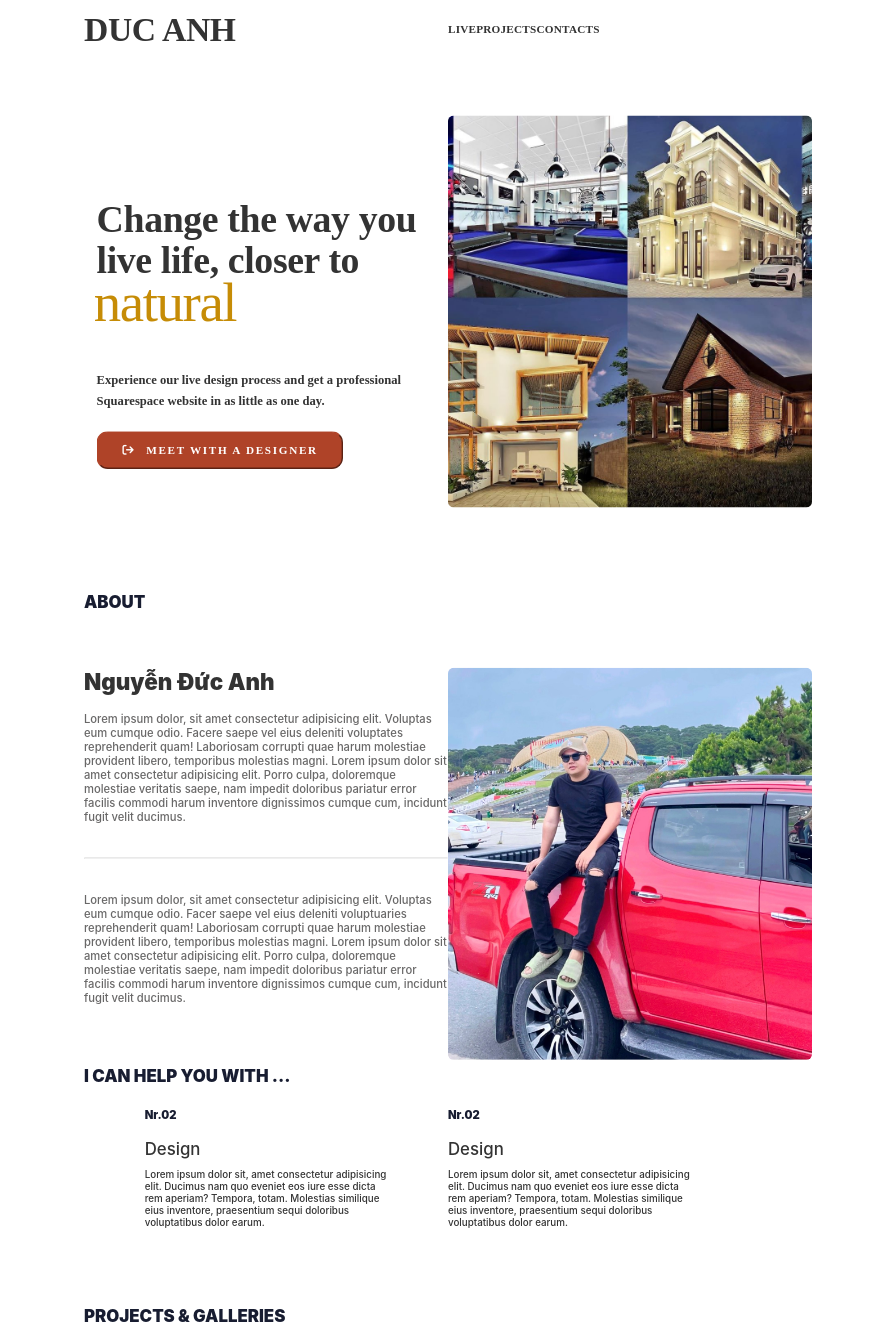
Repository: Ethanxcode/DucAnhNguyen
Page: index.html
These files come from the project's save history. The page is drawn as it stood at one moment and after the next save; the edit follows.
The browser window is 1280 px wide. The pictures show the part of the page from y = 0 to 1920 px (the page is 4972 px tall), at 70% of full size.

Above is the page before, as saved 2023-02-08 02:16:15.

### index.html
<!DOCTYPE html>
<html lang="en">

<head>
	<meta charset="UTF-8" />
	<meta http-equiv="X-UA-Compatible" content="IE=edge" />
	<meta name="viewport" content="width=device-width, initial-scale=1.0" />
	<link rel="stylesheet" href="./style.css" />
	<link rel="stylesheet" href="https://cdnjs.cloudflare.com/ajax/libs/font-awesome/6.2.1/css/all.min.css" />
	<!-- <link rel="stylesheet" type="text/css" href="/css/fonts.css" /> -->
	<link rel="stylesheet" href="./Assets/font/sofia-pro-cufonfonts-webfont/style.css">
	<title>DucAnhNguyen</title>
</head>

<body>
	<div id="root">

			<header class=" container  content-above col-12">
				<ul class="headerMenu">

						<a href="">
							<h2 class="textLogo">Duc Anh</h2>
						</a>

					<li>
								<ul class="subHeaderMenu">

									<li>
										<a href="#" class="inter-black-iron-16px">Live</a>
									</li>
									<li>
										<a href="#" class="inter-black-iron-16px">Projects</a>
									</li>
									<li>
										<a href="#" class="inter-black-iron-16px">Contacts</a>
									</li>
								</ul>
					</li>
					<li><button id="burgerMenu" ><i class="fa-solid fa-bars "></i></button></li>
				</ul>
			</header>
		<section class="container header">
			<section class="row">
				<div class="col-6" style="float: left; padding: 0 18px;">
					<h1 class="heroTitle">
					Change the way you live life, closer to <strong>natural</strong>
				</h1>
				<h3 style="white-space: pre-wrap">Experience our live design process and get a professional Squarespace website in as little as one day.
				</h3>
				<button class="btn inter-black-almod-16px">
					<i class="icon-margin-8px fa-solid fa-arrow-right-from-bracket"></i>
					Meet with a designer
				</button>
				</div>
				<!-- <p class="childrenSubNav">Modular, sustainable, premium.</p> -->
				<!-- <div class="col-6">
					<img src="./Assets/241194850_2108411145980762_7904081432669109629_n.jpg" class="bg-image-holder"></img>
				</div> -->
				<div class="col-6 col-s-12 ">
					<img src="./Assets/241194850_2108411145980762_7904081432669109629_n.jpg" alt="" style="
								height: 560px;
								width: 100%;
								object-fit: cover;
								border-radius: 8px;
								float: right;
							" />
				</div>
			</section>


		</section>

		<section class="AboutSection container">
			<header class="HeaderSection">
				<div class="HeaderSectionMenu col-12">

						<h4 class="inter-black-eerie-black-24px">About</h4>


				</div>
			</header>
			<div class="row Aboutcontent">
				<div class="col-6 col-s-12">
					<h1 class="nameTitle">Nguyễn Đức Anh</h1>
					<p class="margin-top-24px inter-medium-tundora-16px">
						Lorem ipsum dolor, sit amet consectetur adipisicing elit. Voluptas
						eum cumque odio. Facere saepe vel eius deleniti voluptates
						reprehenderit quam! Laboriosam corrupti quae harum molestiae
						provident libero, temporibus molestias magni. Lorem ipsum dolor
						sit amet consectetur adipisicing elit. Porro culpa, doloremque
						molestiae veritatis saepe, nam impedit doloribus pariatur error
						facilis commodi harum inventore dignissimos cumque cum, incidunt
						fugit velit ducimus.
					</p>
					<hr>
					<p class="inter-medium-tundora-16px">
						Lorem ipsum dolor, sit amet consectetur adipisicing elit. Voluptas
						eum cumque odio. Facer saepe vel eius deleniti voluptuaries
						reprehenderit quam! Laboriosam corrupti quae harum molestiae
						provident libero, temporibus molestias magni. Lorem ipsum dolor
						sit amet consectetur adipisicing elit. Porro culpa, doloremque
						molestiae veritatis saepe, nam impedit doloribus pariatur error
						facilis commodi harum inventore dignissimos cumque cum, incidunt
						fugit velit ducimus.
					</p>

				</div>
				<div class="col-6 col-s-12 ">
					<img src="./Assets/P1.jpg" alt="" style="
								height: 560px;
								width: 100%;
								object-fit: cover;
								border-radius: 8px;
								float: right;
							" />
				</div>
			</div>
			<div class="row">
				<p class="inter-black-eerie-black-24px ">
					I CAN HELP YOU WITH ...
				</p>
			</div>
			<div class="margin-top-24px subAboutContent row">

				<div class="col-4 col-s-12">
					<h4 class="inter-black-eerie-black-16px">Nr.02</h4>
					<h3 class="inter-medium-black-24px">Design</h3>
					<p class="inter-medium-black-14px">
						Lorem ipsum dolor sit, amet consectetur adipisicing elit. Ducimus
						nam quo eveniet eos iure esse dicta rem aperiam? Tempora, totam.
						Molestias similique eius inventore, praesentium sequi doloribus
						voluptatibus dolor earum.
					</p>
				</div>
				<div class="col-4 col-s-12">
					<h4 class="inter-black-eerie-black-16px">Nr.02</h4>
					<h3 class="inter-medium-black-24px">Design</h3>
					<p class="inter-medium-black-14px">
						Lorem ipsum dolor sit, amet consectetur adipisicing elit. Ducimus
						nam quo eveniet eos iure esse dicta rem aperiam? Tempora, totam.
						Molestias similique eius inventore, praesentium sequi doloribus
						voluptatibus dolor earum.
					</p>
				</div>
			</div>
		</section>

		<section class="slideSection container">
			<header class="HeaderSection">
				<div class="HeaderSectionMenu col-12 ">
					<h4 class="inter-black-eerie-black-24px">Projects & Galleries</h4>
			</div>
			</header>
			<div class="slideshow-container col-12 col-s-12">
				<!-- Full-width images with number and caption text -->
				<div class="mySlides fade">
					<!-- <div class="numbertext">1 / 4</div> -->
					<img src="Assets/311601869_1307089786709169_3065254316628902188_n.jpg" style="width: 100%" />
					<!-- <div class="text">Caption Text</div> -->
				</divdiv/div
				<div class="mySlides fade">
					<!-- <div class="numbertext">2 / 4</div> -->
					<img src="Assets/91572249_1631208343701047_2964735174748667904_n.jpg" style="width: 100%" />
					<!-- <div class="text">Caption Two</div> -->
				</div>

				<div class="mySlides fade">
					<!-- <div class="numbertext">3 / 4</div> -->
					<img src="Assets/241194850_2108411145980762_7904081432669109629_n.jpg" style="width: 100%" />
					<!-- <div class="text">Caption Three</div> -->
				</div>
				<div class="mySlides fade">
					<!-- <div class="numbertext">4 / 4</div> -->
					<img src="Assets/159825492_1943519125803299_9126036899379787784_n.jpg" style="width: 100%" />
					<!-- <div class="text">Caption four</div> -->
				</div>

				<!-- Next and previous buttons -->
				<a class="prev" onclick="plusSlides(-1)">&#10094;</a>
				<a class="next" onclick="plusSlides(1)">&#10095;</a>
				<div style="
							align-items: center;
							display: flex;
							/* width: 90%; */
							border-radius: 4px;
							margin: 24px 64px 0 64px;
							max-height: 4px;
							background-color: var(--pablo);
						">
					<span class="dot" onclick="currentSlide(1)"></span>
					<span class="dot" onclick="currentSlide(2)"></span>
					<span class="dot" onclick="currentSlide(3)"></span>
					<span class="dot" onclick="currentSlide(4)"></span>
				</div>
			</div>
		</section>

		<section class="gallerySection container">
			<!-- <header class="HeaderSection">
				<div class="HeaderSectionMenu col-12">

						<h4 class="inter-black-eerie-black-18px">Gallery</h4>


				</div>
			</header> -->
			<div class="row galleryContent">
				<div class="col-6 col-s-12">
					<img src="./Assets/241194850_2108411145980762_7904081432669109629_n.jpg" alt=""  />
				</div>
				<div class="col-6 col-s-12">
					<img src="./Assets/311601869_1307089786709169_3065254316628902188_n.jpg" alt="" />
				</div>
				<button class="btn  margin-top-24px">
					Learn more
				</button>
			</div>



	</section>
		<section class="contactSection container">
		<header class="HeaderSection">
				<div class="HeaderSectionMenu col-12">

						<h4 class="inter-black-eerie-black-24px">Contact</h4>


				</div>
			</header>
		<!-- <header class="HeaderSection">
			<div class="HeaderSectionMenu col-12">

					<h4 class="inter-black-eerie-black-18px"></h4>

				<ul class="subSectionMenu">
					<>
						<h4 class="inter-black-eerie-black-18px">Why Ark-Shelter</h4>
						</li>
						<li>
							<h4 class="inter-black-eerie-black-18px">Back to nature</h4>
						</li>
				</ul>
			</div>
		</header> -->
		<div class="row contactContent">
			<div class="subContactContent col-12 col-s-12">
				<img src="./Assets/P1.jpg" class="circleLogo" alt="">
				<h1 class="bigNameTitle">Let's work <br> together</h1>
			</div>
			<div class="row col-12 " style="padding-bottom: 48px;">
				<hr style="max-width: 100%;">
				<div class="circleCanvas">
					<canvas id="myCanvas" width="180" height="180" ></canvas>
					<span class="">Get in touch</span>
				</div>
			</div>
			<div class="subChildContactContent col-5">
				<button class="btn inter-black-almod-16px  margin-top-24px">
					NguyenDucAnh123@gmail.com
				</button>
				<button class="btn inter-black-almod-16px  margin-top-24px">
					+84867833989
				</button>
			</div>


		</div>


		<!-- <p class="ask">Contact form? Below <i class="fa-solid fa-hand-point-down"></i></p> -->
		<div class="formtoMail">
			<h1 class="showGuideTitle margin-top-80px">Let us know how we can help you.</h1>
		<div class="formSubmit row margin-top-24px">
			<ul class="col-6 ">
				<li><input class="inter-medium-tundora-14px-2" placeholder="First Name" type="text"></li>
				<li><input class="inter-medium-tundora-14px-2" placeholder="Email" type="text"></li>
				<li><input class="inter-medium-tundora-14px-2" placeholder="Country" type="text"></li>
			</ul>
			<ul class="col-6 ">
				<li><input class="inter-medium-tundora-14px-2" placeholder="Last Name" type="text"></li>
				<li><input class="inter-medium-tundora-14px-2" placeholder="Phone Number" type="text"></li>
				<li><input class="inter-medium-tundora-14px-2" placeholder="Subject" type="text"></li>
			</ul>
			<div class="row">
				<textarea placeholder="Your message" class="inter-medium-tundora-14px-2" name="message" id="myMessage"
					cols="180" rows="8"></textarea>
			</div>
		</div>

		</div>
		<button class="btn fullFilshortBtn margin-top-24px">Send message!</button>
	</section>



	<footer class="FooterSection ">
		<section class="container">
			<div class="row footerContent" >
				<div class="col-4 subFooterContent">
					<h4 class=" margin-bottom-24px">Sitemap</h4>
					<ul>
						<li><a href="#">Home</a></li>
						<li><a href="#">Live</a></li>
						<li><a href="#">Work</a></li>
						<li><a href="#">Projects</a></li>
						<li><a href="#">Career</a></li>
						<li><a href="#">Contact</a></li>

					</ul>
				</div>

				<div class="col-4 subFooterContent">
					<h4 class=" margin-bottom-24px">Sitemap</h4>
					<ul>
						<li><a href="#">FQA</a></li>
						<li><a href="#">Privacy Policy</a></li>

					</ul>
				</div>

				<div class="col-4 subFooterContent">
					<h4 class=" margin-bottom-24px">Sitemap</h4>
					<ul>
						<li>
							<p>We will send you updates on new products and discounts.</p>
						</li>
						<li><input class="inter-medium-tundora-14px-2" placeholder="Email" type="text"></li>
					</ul>

				</div>
				<div class="col-four" style="width: 100%; margin-top: 24px;">
					<div class="mapouter">
						<div class="gmap_canvas"><iframe
								src="https://maps.google.com/maps?q=51%20%C4%90%C6%B0%E1%BB%9Dng%20183,%20B%C3%ACnh%20M%E1%BB%B9,%20C%E1%BB%A7%20Chi,%20Th%C3%A0nh%20ph%E1%BB%91%20H%E1%BB%93%20Ch%C3%AD%20Minh,%20Vietnam&amp;t=&amp;z=13&amp;ie=UTF8&amp;iwloc=&amp;output=embed"
								id="gmap_canvas" frameborder="0" scrolling="no"
								style="height: 240px; width: 100%; border-radius: 4px;"></iframe><a></a>
						</div>
					</div>
				</div>
				<ul class="footerIcons">
					<li><a href="#"><i class="fa-brands fa-facebook"></i></a></li>
					<li><a href="#"><i class="fa-brands fa-twitter"></i></a></li>
					<li><a href="#"><i class="fa-brands fa-linkedin"></i></a></li>
					<li><a href="#"><i class="fa-brands fa-pinterest"></i></a></li>

				</ul>
			</div>

		</section>
			<div class="footerCopyright">
			<p>all rights reserved @ 2023</p>
		</div>

	</footer>




	</div>
	<script src="script.js"></script>
</body>

</html>

Loaded but not shown: script.js (87 lines, source omitted); style.css (1279 lines, source omitted)

After the next save:
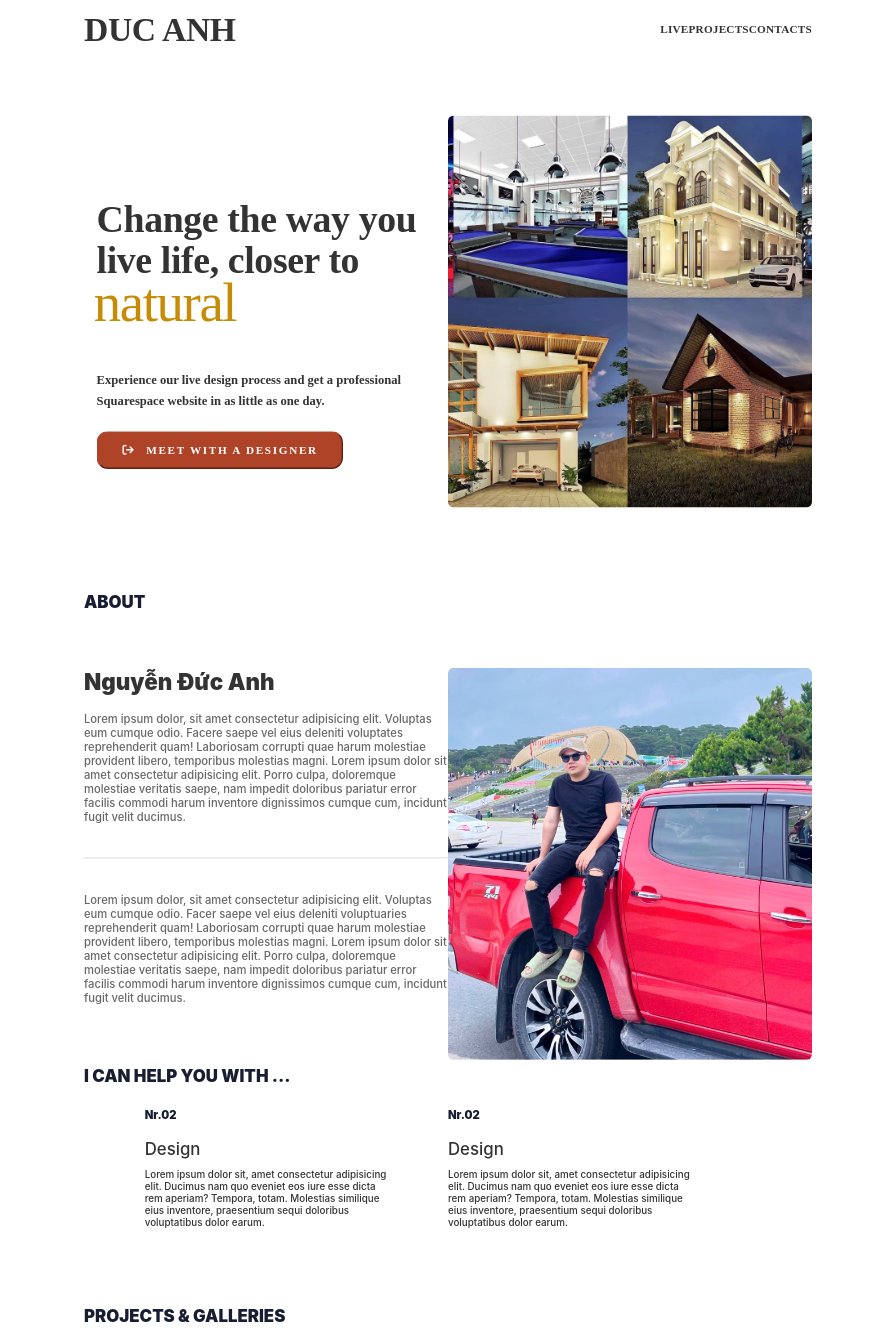
Saved 22 s later.
--- a/index.html
+++ b/index.html
@@ -36,7 +36,7 @@
 									</li>
 								</ul>
 					</li>
-					<li><button id="burgerMenu" ><i class="fa-solid fa-bars "></i></button></li>
+					<button id="burgerMenu" ><i class="fa-solid fa-bars "></i></button>
 				</ul>
 			</header>
 		<section class="container header">
